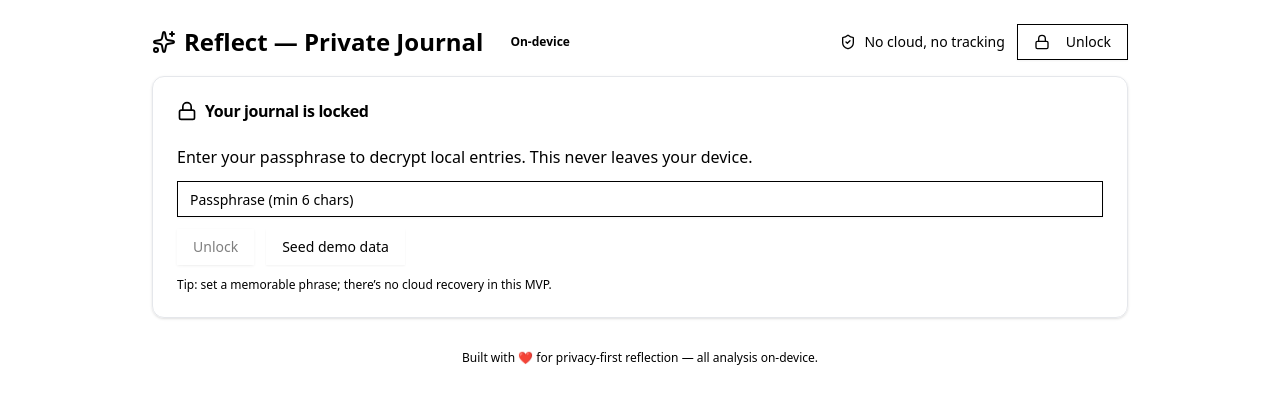
Repository: samerjouhar/reflect
Page: /
These files come from the project's save history. The page is drawn as it stood at one moment and after the next save; the edit follows.
The browser window is 1280 px wide. The pictures show the whole page.
The project was rebuilt for these pictures with package versions that can differ from the ones it lists, and the page was loaded fresh each time. Also part of the build but not shown: vite.config.ts, src/components/ui/tabs.tsx, src/components/PromptChip.tsx, src/components/ui/textarea.tsx, src/components/EntryForm.tsx, src/components/MoodTrend.tsx, src/components/WeeklyInsight.tsx, src/components/RecentEntries.tsx and 1 more.

Above is the page before, as saved 2025-09-03 14:51:46.

### src/main.tsx
import React from 'react'
import ReactDOM from 'react-dom/client'
import App from './App'
import './index.css'

ReactDOM.createRoot(document.getElementById('root')!).render(
  <React.StrictMode>
  <App />
  </React.StrictMode>,
)

### src/App.tsx
import React, { useMemo, useState } from "react";
import { motion } from "framer-motion";
import { Card, CardContent, CardHeader, CardTitle } from "@/components/ui/card";
import { Button } from "@/components/ui/button";
import { Input } from "@/components/ui/input";
import { Tabs, TabsContent, TabsList, TabsTrigger } from "@/components/ui/tabs";
import { Download, Lock, Calendar, Brain, TrendingUp, Sparkles } from "lucide-react";

import { Header } from "@/components/Header";
import { PromptChip } from "@/components/PromptChip";
import { EntryForm } from "@/components/EntryForm";
import { MoodTrend } from "@/components/MoodTrend";
import { WeeklyInsight } from "@/components/WeeklyInsight";
import { RecentEntries } from "@/components/RecentEntries";
import { ReflectionMonth } from "@/components/ReflectionMonth";

import { PREFS_KEY } from "@/constants";
import type { JournalEntry } from "@/constants";
import { useEncryptedStore } from "@/hooks/useEncryptedStore";
import { analyzeSentiment, extractThemes, generatePrompt, summarizeWeek } from "@/lib/nlp";
import { todayISO } from "@/lib/date";

export default function App() {
  const [passphrase, setPassphrase] = useState("");
  const [locked, setLocked] = useState(true);
  const [goals, setGoals] = useState<string[]>(() => {
    try {
      return JSON.parse(localStorage.getItem(PREFS_KEY) || "[]");
    } catch {
      return [];
    }
  });

  const { entries, setEntries, persist } = useEncryptedStore(locked ? null : passphrase);

  const latest = entries.length ? entries[entries.length - 1] : undefined;
  const prompt = useMemo(
    () =>
      generatePrompt(
        latest && { sentiment: latest.sentiment, themes: latest.themes, text: latest.text },
        goals
      ),
    [latest, goals]
  );

  const trendData = useMemo(
    () => entries.map((e) => ({ date: e.date.slice(5), score: e.sentiment })),
    [entries]
  );
  const weekly = useMemo(() => summarizeWeek(entries), [entries]);
  const [resetCounter, setResetCounter] = useState(0);

  function addEntry(text: string, tagOverrides: string[]) {
    const date = todayISO();
    const score = analyzeSentiment(text);
    const themes = Array.from(new Set([...extractThemes(text), ...tagOverrides]));
    const next: JournalEntry[] = [...entries, { date, text, sentiment: score, themes }];
    setEntries(next);
    persist(next);
    setResetCounter((n) => n + 1);
  }

  function seedDemo() {
    const sample = [
      {
        date: todayISO(new Date(Date.now() - 6 * 864e5)),
        text: "Felt stressed about work deadlines. Short walk helped a little.",
        tags: ["stressed", "walk"],
      },
      {
        date: todayISO(new Date(Date.now() - 5 * 864e5)),
        text: "Morning walk and coffee boosted energy. Focused block gave me momentum.",
        tags: ["energized", "focus"],
      },
      {
        date: todayISO(new Date(Date.now() - 4 * 864e5)),
        text: "Poor sleep last night. Felt anxious in the afternoon.",
        tags: ["sleep", "anxious"],
      },
      {
        date: todayISO(new Date(Date.now() - 3 * 864e5)),
        text: "Worked out at the gym. Creativity flowed on my side project.",
        tags: ["exercise", "creative"],
      },
      {
        date: todayISO(new Date(Date.now() - 2 * 864e5)),
        text: "Family dinner was grounding and warm.",
        tags: ["family", "grateful"],
      },
      {
        date: todayISO(new Date(Date.now() - 1 * 864e5)),
        text: "Deep work session, minimal distractions.",
        tags: ["focus"],
      },
    ];
    const seeded: JournalEntry[] = sample.map((s) => {
      const score = analyzeSentiment(s.text);
      const themes = Array.from(new Set([...extractThemes(s.text), ...(s.tags || [])]));
      return { date: s.date, text: s.text, sentiment: score, themes };
    });
    const next = [...entries.filter((e) => e.date < seeded[0].date), ...seeded];
    setEntries(next);
    persist(next);
  }

  function exportJson() {
    const blob = new Blob([JSON.stringify(entries, null, 2)], { type: "application/json" });
    const url = URL.createObjectURL(blob);
    const a = document.createElement("a");
    a.href = url;
    a.download = "journal-entries.json";
    a.click();
    URL.revokeObjectURL(url);
  }

  function saveGoals(str: string) {
    const arr = str.split(",").map((s) => s.trim()).filter(Boolean);
    setGoals(arr);
    localStorage.setItem(PREFS_KEY, JSON.stringify(arr));
  }

  return (
    <div className="max-w-5xl mx-auto p-4 sm:p-6">
      <Header locked={locked} onLockToggle={() => setLocked((v) => !v)} />

      {locked ? (
        <Card className="mb-6">
          <CardHeader>
            <CardTitle className="flex items-center gap-2">
              <Lock className="w-5 h-5" /> Your journal is locked
            </CardTitle>
          </CardHeader>
          <CardContent className="space-y-3">
            <p>Enter your passphrase to decrypt local entries. This never leaves your device.</p>
            <Input
              type="password"
              placeholder="Passphrase (min 6 chars)"
              value={passphrase}
              onChange={(e) => setPassphrase(e.target.value)}
            />
            <div className="flex items-center gap-3">
              <Button onClick={() => setLocked(false)} disabled={passphrase.length < 6}>
                Unlock
              </Button>
              <Button variant="secondary" onClick={seedDemo}>
                Seed demo data
              </Button>
            </div>
            <p className="text-xs text-muted-foreground">
              Tip: set a memorable phrase; there’s no cloud recovery in this MVP.
            </p>
          </CardContent>
        </Card>
      ) : (
        <>
          <Tabs defaultValue="write" className="mb-6">
            <TabsList>
              <TabsTrigger value="write">Write</TabsTrigger>
              <TabsTrigger value="reflect">Reflect</TabsTrigger>
              <TabsTrigger value="settings">Settings</TabsTrigger>
            </TabsList>

            <TabsContent value="write" className="mt-4">
              <motion.div initial={{ opacity: 0, y: 6 }} animate={{ opacity: 1, y: 0 }}>
                <Card>
                  <CardHeader>
                    <CardTitle className="flex items-center gap-2">
                      <Sparkles className="w-5 h-5" /> Today’s gentle prompt
                    </CardTitle>
                  </CardHeader>
                  <CardContent className="space-y-4">
                    <div className="grid gap-3">
                      <PromptChip text={prompt} />
                      <div className="text-xs text-muted-foreground">Not feeling it? Try one of these:</div>
                      <div className="grid sm:grid-cols-2 gap-2">
                        {[
                          "What’s one small win today?",
                          "What would future you thank you for?",
                          "Which moment felt most like you?",
                          "What drained you—and what refilled you?",
                        ].map((t, i) => (
                          <PromptChip key={i} text={t} />
                        ))}
                      </div>
                    </div>

                    <EntryForm onSave={(text, tags) => addEntry(text, tags)} resetSignal={resetCounter} />

                    <div className="mt-4 grid md:grid-cols-2 gap-4">
                      <Card>
                        <CardHeader>
                          <CardTitle className="flex items-center gap-2">
                            <TrendingUp className="w-5 h-5" /> Mood trend
                          </CardTitle>
                        </CardHeader>
                        <CardContent>
                          <MoodTrend data={trendData} />
                        </CardContent>
                      </Card>

                      <Card>
                        <CardHeader>
                          <CardTitle className="flex items-center gap-2">
                            <Brain className="w-5 h-5" /> Weekly insight
                          </CardTitle>
                        </CardHeader>
                        <CardContent>
                          <WeeklyInsight summary={weekly.summary} highlights={weekly.highlights} />
                        </CardContent>
                      </Card>
                    </div>

                    <Card className="mt-4">
                      <CardHeader>
                        <CardTitle className="flex items-center gap-2">
                          <Calendar className="w-5 h-5" /> Recent entries
                        </CardTitle>
                      </CardHeader>
                      <CardContent>
                        <RecentEntries entries={entries} />
                      </CardContent>
                    </Card>
                  </CardContent>
                </Card>
              </motion.div>
            </TabsContent>

            <TabsContent value="reflect" className="mt-4">
              <Card>
                <CardHeader>
                  <CardTitle>Monthly reflection</CardTitle>
                </CardHeader>
                <CardContent className="space-y-3">
                  <p className="text-sm text-muted-foreground">
                    Here’s a gentle summary for the last month based on your entries.
                  </p>
                  <ReflectionMonth entries={entries} />
                  <div className="text-xs text-muted-foreground">
                    These insights are generated locally using simple heuristics and a lexicon sentiment model.
                  </div>
                </CardContent>
              </Card>
            </TabsContent>

            <TabsContent value="settings" className="mt-4">
              <Card>
                <CardHeader>
                  <CardTitle>Preferences & privacy</CardTitle>
                </CardHeader>
                <CardContent className="space-y-4">
                  <div>
                    <div className="text-sm font-medium mb-1">Your goals (comma-separated)</div>
                    <Input
                      placeholder="e.g., better sleep, reduce work stress"
                      defaultValue={goals.join(", ")}
                      onBlur={(e) => saveGoals(e.target.value)}
                    />
                  </div>
                  <div className="flex items-center gap-3">
                    <Button variant="outline" onClick={exportJson}>
                      <Download className="w-4 h-4 mr-2" />
                      Export JSON
                    </Button>
                    <Button variant="secondary" onClick={seedDemo}>
                      Load demo data
                    </Button>
                  </div>
                  <div className="text-xs text-muted-foreground">
                    AES-encrypted at rest with your passphrase. No cloud, no tracking. This is not medical advice.
                  </div>
                </CardContent>
              </Card>
            </TabsContent>
          </Tabs>
        </>
      )}

      <footer className="mt-8 mb-4 text-center text-xs text-muted-foreground">
        Built with ❤️ for privacy-first reflection — all analysis on-device.
      </footer>
    </div>
  );
}

### src/index.css
@tailwind base;
@tailwind components;
@tailwind utilities;


:root { color-scheme: light dark; }
body { @apply bg-background text-foreground; }

### src/components/ui/card.tsx
import * as React from "react"

import { cn } from "@/lib/utils"

const Card = React.forwardRef<
  HTMLDivElement,
  React.HTMLAttributes<HTMLDivElement>
>(({ className, ...props }, ref) => (
  <div
    ref={ref}
    className={cn(
      "rounded-xl border bg-card text-card-foreground shadow",
      className
    )}
    {...props}
  />
))
Card.displayName = "Card"

const CardHeader = React.forwardRef<
  HTMLDivElement,
  React.HTMLAttributes<HTMLDivElement>
>(({ className, ...props }, ref) => (
  <div
    ref={ref}
    className={cn("flex flex-col space-y-1.5 p-6", className)}
    {...props}
  />
))
CardHeader.displayName = "CardHeader"

const CardTitle = React.forwardRef<
  HTMLDivElement,
  React.HTMLAttributes<HTMLDivElement>
>(({ className, ...props }, ref) => (
  <div
    ref={ref}
    className={cn("font-semibold leading-none tracking-tight", className)}
    {...props}
  />
))
CardTitle.displayName = "CardTitle"

const CardDescription = React.forwardRef<
  HTMLDivElement,
  React.HTMLAttributes<HTMLDivElement>
>(({ className, ...props }, ref) => (
  <div
    ref={ref}
    className={cn("text-sm text-muted-foreground", className)}
    {...props}
  />
))
CardDescription.displayName = "CardDescription"

const CardContent = React.forwardRef<
  HTMLDivElement,
  React.HTMLAttributes<HTMLDivElement>
>(({ className, ...props }, ref) => (
  <div ref={ref} className={cn("p-6 pt-0", className)} {...props} />
))
CardContent.displayName = "CardContent"

const CardFooter = React.forwardRef<
  HTMLDivElement,
  React.HTMLAttributes<HTMLDivElement>
>(({ className, ...props }, ref) => (
  <div
    ref={ref}
    className={cn("flex items-center p-6 pt-0", className)}
    {...props}
  />
))
CardFooter.displayName = "CardFooter"

export { Card, CardHeader, CardFooter, CardTitle, CardDescription, CardContent }

### src/components/ui/button.tsx
import * as React from "react"
import { Slot } from "@radix-ui/react-slot"
import { cva, type VariantProps } from "class-variance-authority"

import { cn } from "@/lib/utils"

const buttonVariants = cva(
  "inline-flex items-center justify-center gap-2 whitespace-nowrap rounded-md text-sm font-medium transition-colors focus-visible:outline-none focus-visible:ring-1 focus-visible:ring-ring disabled:pointer-events-none disabled:opacity-50 [&_svg]:pointer-events-none [&_svg]:size-4 [&_svg]:shrink-0",
  {
    variants: {
      variant: {
        default:
          "bg-primary text-primary-foreground shadow hover:bg-primary/90",
        destructive:
          "bg-destructive text-destructive-foreground shadow-sm hover:bg-destructive/90",
        outline:
          "border border-input bg-background shadow-sm hover:bg-accent hover:text-accent-foreground",
        secondary:
          "bg-secondary text-secondary-foreground shadow-sm hover:bg-secondary/80",
        ghost: "hover:bg-accent hover:text-accent-foreground",
        link: "text-primary underline-offset-4 hover:underline",
      },
      size: {
        default: "h-9 px-4 py-2",
        sm: "h-8 rounded-md px-3 text-xs",
        lg: "h-10 rounded-md px-8",
        icon: "h-9 w-9",
      },
    },
    defaultVariants: {
      variant: "default",
      size: "default",
    },
  }
)

export interface ButtonProps
  extends React.ButtonHTMLAttributes<HTMLButtonElement>,
    VariantProps<typeof buttonVariants> {
  asChild?: boolean
}

const Button = React.forwardRef<HTMLButtonElement, ButtonProps>(
  ({ className, variant, size, asChild = false, ...props }, ref) => {
    const Comp = asChild ? Slot : "button"
    return (
      <Comp
        className={cn(buttonVariants({ variant, size, className }))}
        ref={ref}
        {...props}
      />
    )
  }
)
Button.displayName = "Button"

export { Button, buttonVariants }

### src/components/ui/input.tsx
import * as React from "react"

import { cn } from "@/lib/utils"

const Input = React.forwardRef<HTMLInputElement, React.ComponentProps<"input">>(
  ({ className, type, ...props }, ref) => {
    return (
      <input
        type={type}
        className={cn(
          "flex h-9 w-full rounded-md border border-input bg-transparent px-3 py-1 text-base shadow-sm transition-colors file:border-0 file:bg-transparent file:text-sm file:font-medium file:text-foreground placeholder:text-muted-foreground focus-visible:outline-none focus-visible:ring-1 focus-visible:ring-ring disabled:cursor-not-allowed disabled:opacity-50 md:text-sm",
          className
        )}
        ref={ref}
        {...props}
      />
    )
  }
)
Input.displayName = "Input"

export { Input }

### src/components/Header.tsx
import { Badge } from "@/components/ui/badge";
import { Button } from "@/components/ui/button";
import { Tooltip, TooltipContent, TooltipProvider, TooltipTrigger } from "@/components/ui/tooltip";
import { ShieldCheck, Sparkles, Lock, Unlock } from "lucide-react";


export function Header({ locked, onLockToggle }: { locked: boolean; onLockToggle: () => void }) {
    return (
        <div className="flex items-center justify-between mb-4">
        <div className="flex items-center gap-2">
        <Sparkles className="w-6 h-6"/>
        <h1 className="text-2xl font-bold">Reflect — Private Journal</h1>
        <Badge variant="secondary" className="ml-2">On-device</Badge>
        </div>
        <div className="flex items-center gap-3">
        <TooltipProvider>
        <Tooltip>
        <TooltipTrigger asChild>
        <div className="flex items-center gap-2 text-sm"><ShieldCheck className="w-4 h-4"/> No cloud, no tracking</div>
        </TooltipTrigger>
        <TooltipContent>Everything stays in your browser. You control your key.</TooltipContent>
        </Tooltip>
        </TooltipProvider>
        <Button variant="outline" onClick={onLockToggle}>
        {locked ? <Lock className="w-4 h-4 mr-2"/> : <Unlock className="w-4 h-4 mr-2"/>}
        {locked ? "Unlock" : "Lock"}
        </Button>
        </div>
        </div>
    );
}

### src/constants.ts
export const STORAGE_KEY = "journal.enc.v1";
export const PREFS_KEY = "journal.prefs.v1";


export const DEFAULT_THEMES = [
    "work", "family", "friends", "health", "sleep", "exercise", "gratitude", "focus", "anxiety", "energy", "creativity",
];


export const QUICK_TAGS = [
    "grateful", "stressed", "calm", "anxious", "tired", "energized", "social", "focused", "distracted", "creative", "overwhelmed",
];


export type JournalEntry = {
    date: string; // YYYY-MM-DD
    text: string;
    sentiment: number;
    themes: string[];
};

### src/hooks/useEncryptedStore.ts
import { useEffect, useState } from "react";
import { STORAGE_KEY } from "@/constants";
import { decrypt, encrypt } from "@/lib/crypto";
import type { JournalEntry } from "@/constants";

export function useEncryptedStore(passphrase?: string | null) {
    const [entries, setEntries] = useState<JournalEntry[]>([]);

    useEffect(() => {
        if (!passphrase) return;
        const raw = localStorage.getItem(STORAGE_KEY);
        if (!raw) { setEntries([]); return; }
        const data = decrypt<JournalEntry[]>(raw, passphrase);
        setEntries(Array.isArray(data) ? data : []);
    }, [passphrase]);

    const persist = (next: JournalEntry[]) => {
        if (!passphrase) return;
        const enc = encrypt(next, passphrase);
        if (enc) localStorage.setItem(STORAGE_KEY, enc);
    };

    return { entries, setEntries, persist };
}

### src/lib/nlp.ts
import Sentiment from "sentiment";
import { DEFAULT_THEMES } from "@/constants";
import { withinDays } from "@/lib/date";
const sentiment = new Sentiment();


export function analyzeSentiment(text: string): number {
    return sentiment.analyze(text).comparative; // ~[-5..5]/len
}


export function extractThemes(text: string): string[] {
    const lower = text.toLowerCase();
    const hits = new Set<string>();
    DEFAULT_THEMES.forEach(t => { if (lower.includes(t)) hits.add(t); });
    ["walk","run","gym","yoga","meditation","coffee","sunlight","music","deep work"].forEach(t => {
    if (lower.includes(t)) hits.add(t);
    });
    return Array.from(hits);
}


export function generatePrompt(recentEntry?: { sentiment: number; themes: string[]; text: string }, goals?: string[]): string {
    const goal = goals && goals.length ? goals[0] : undefined;
    if (!recentEntry && goal) return `Quick check-in toward your goal: ${goal}. What small step did you take today?`;
    if (!recentEntry) return "What felt small but meaningful today?";


    const { sentiment: s, themes = [], text = "" } = recentEntry;
    const lower = text.toLowerCase();
    if (lower.includes("stress") || themes.includes("anxiety")) return "You mentioned stress recently. What helped you find even a hint of calm today?";
    if (s <= -0.5) return "Yesterday seemed heavy. What is one thing within your control today?";
    if (themes.includes("exercise") || lower.includes("walk")) return "How did moving your body affect your energy today?";
    if (themes.includes("sleep")) return "How rested did you feel this morning? Did anything help your sleep?";
    if (goal) return `Progress toward ${goal}: what tiny win did you have today?`;
    return "What gave you a spark of joy or relief today?";
}


export function summarizeWeek(entries: { date: string; sentiment: number; themes?: string[] }[]) {
    const week = entries.filter(e => withinDays(e.date, 7));
    if (!week.length) return { summary: "No entries in the last week yet. A little goes a long way—try a short check-in today!", highlights: [] as string[] };


    const avg = week.reduce((a, e) => a + e.sentiment, 0) / week.length;
    const themeCounts: Record<string, number> = {};
    week.forEach(e => (e.themes||[]).forEach(t => themeCounts[t] = (themeCounts[t]||0)+1));
    const topThemes = Object.entries(themeCounts).sort((a,b)=>b[1]-a[1]).slice(0,5);


    const positive = week.filter(e => e.sentiment >= 0.5);
    const activityHits: Record<string, number> = {};
    positive.forEach(e => (e.themes||[]).forEach(t => activityHits[t] = (activityHits[t]||0)+1));
    const positiveSignals = Object.entries(activityHits).sort((a,b)=>b[1]-a[1]).slice(0,3);


    const summary = [
    `You wrote ${week.length} time${week.length>1?"s":""} this week with an average mood score of ${avg.toFixed(2)}.`,
    topThemes.length ? `Recurring themes: ${topThemes.map(([t,c])=>`${t} (${c})`).join(", ")}.` : "",
    positiveSignals.length ? `You tended to feel better on days with: ${positiveSignals.map(([t])=>t).join(", ")}.` : "",
    ].filter(Boolean).join(" ");


    return { summary, highlights: topThemes.map(([t])=>t) };
}

### src/lib/date.ts
export function todayISO(d = new Date()): string {
    return d.toISOString().slice(0, 10);
}


export function formatNice(dateStr: string): string {
    try { return new Date(dateStr).toLocaleDateString(); } catch { return dateStr; }
}


export function withinDays(dateStr: string, days: number): boolean {
    const now = new Date();
    const d = new Date(dateStr);
    return (now.getTime() - d.getTime()) <= days * 24 * 3600 * 1000;
}

### src/components/ui/badge.tsx
import * as React from "react"
import { cva, type VariantProps } from "class-variance-authority"

import { cn } from "@/lib/utils"

const badgeVariants = cva(
  "inline-flex items-center rounded-md border px-2.5 py-0.5 text-xs font-semibold transition-colors focus:outline-none focus:ring-2 focus:ring-ring focus:ring-offset-2",
  {
    variants: {
      variant: {
        default:
          "border-transparent bg-primary text-primary-foreground shadow hover:bg-primary/80",
        secondary:
          "border-transparent bg-secondary text-secondary-foreground hover:bg-secondary/80",
        destructive:
          "border-transparent bg-destructive text-destructive-foreground shadow hover:bg-destructive/80",
        outline: "text-foreground",
      },
    },
    defaultVariants: {
      variant: "default",
    },
  }
)

export interface BadgeProps
  extends React.HTMLAttributes<HTMLDivElement>,
    VariantProps<typeof badgeVariants> {}

function Badge({ className, variant, ...props }: BadgeProps) {
  return (
    <div className={cn(badgeVariants({ variant }), className)} {...props} />
  )
}

export { Badge, badgeVariants }

### src/components/ui/tooltip.tsx
import * as React from "react"
import * as TooltipPrimitive from "@radix-ui/react-tooltip"

import { cn } from "@/lib/utils"

const TooltipProvider = TooltipPrimitive.Provider

const Tooltip = TooltipPrimitive.Root

const TooltipTrigger = TooltipPrimitive.Trigger

const TooltipContent = React.forwardRef<
  React.ElementRef<typeof TooltipPrimitive.Content>,
  React.ComponentPropsWithoutRef<typeof TooltipPrimitive.Content>
>(({ className, sideOffset = 4, ...props }, ref) => (
  <TooltipPrimitive.Portal>
    <TooltipPrimitive.Content
      ref={ref}
      sideOffset={sideOffset}
      className={cn(
        "z-50 overflow-hidden rounded-md bg-primary px-3 py-1.5 text-xs text-primary-foreground animate-in fade-in-0 zoom-in-95 data-[state=closed]:animate-out data-[state=closed]:fade-out-0 data-[state=closed]:zoom-out-95 data-[side=bottom]:slide-in-from-top-2 data-[side=left]:slide-in-from-right-2 data-[side=right]:slide-in-from-left-2 data-[side=top]:slide-in-from-bottom-2 origin-[--radix-tooltip-content-transform-origin]",
        className
      )}
      {...props}
    />
  </TooltipPrimitive.Portal>
))
TooltipContent.displayName = TooltipPrimitive.Content.displayName

export { Tooltip, TooltipTrigger, TooltipContent, TooltipProvider }

### src/lib/crypto.ts
import CryptoJS from "crypto-js";

export function encrypt<T>(value: T, passphrase: string): string | null {
    try { return CryptoJS.AES.encrypt(JSON.stringify(value), passphrase).toString(); }
    catch { return null; }
}

export function decrypt<T>(ciphertext: string, passphrase: string): T | null {
    try {
    const bytes = CryptoJS.AES.decrypt(ciphertext, passphrase);
    const str = bytes.toString(CryptoJS.enc.Utf8);
    return JSON.parse(str) as T;
    } catch { return null; }
}

Loaded but not shown: index.html (common file); src/lib/utils.ts (common file); tailwind.config.js (62 lines, source omitted)

After the next save:
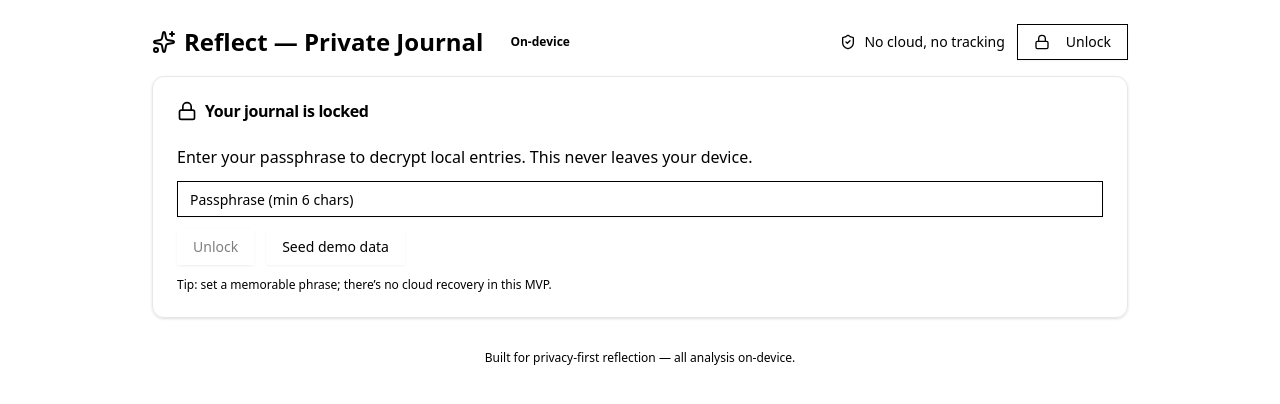
Saved 61 s later.
--- a/src/App.tsx
+++ b/src/App.tsx
@@ -276,7 +276,7 @@
       )}
 
       <footer className="mt-8 mb-4 text-center text-xs text-muted-foreground">
-        Built with ❤️ for privacy-first reflection — all analysis on-device.
+        Built for privacy-first reflection — all analysis on-device.
       </footer>
     </div>
   );
